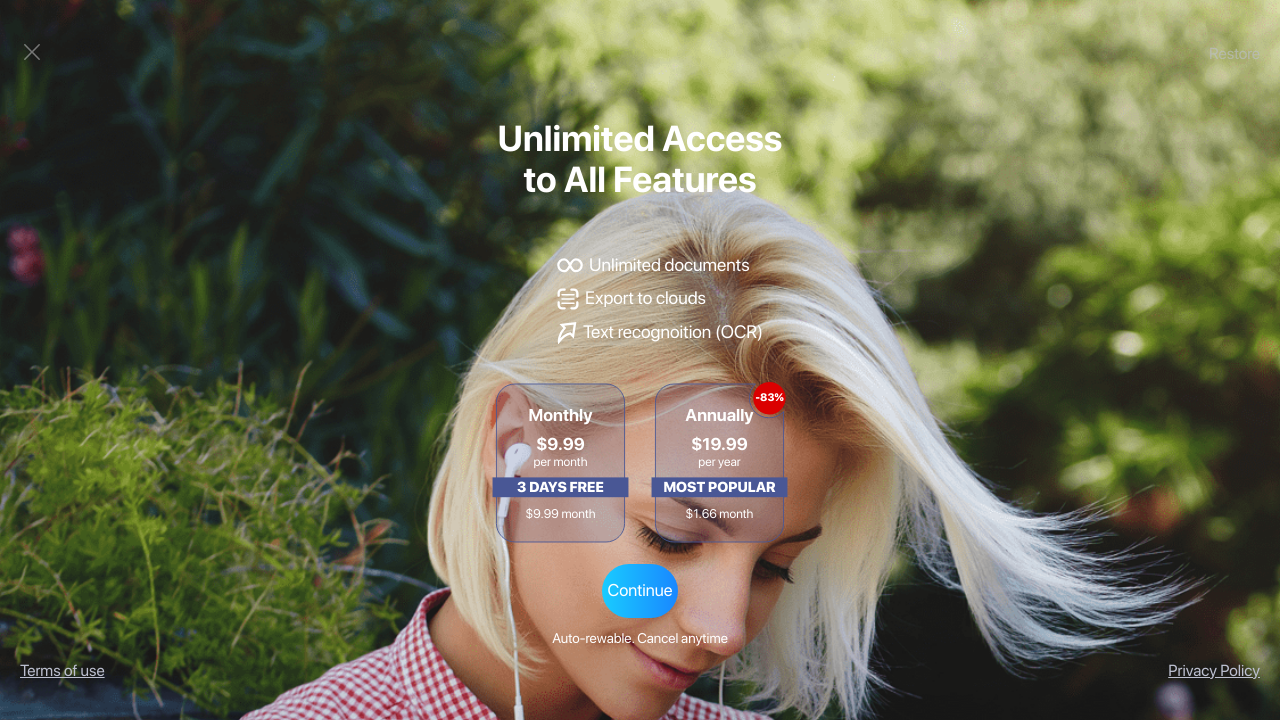
Repository: Ivan0195/bp-banner
Page: /
The author's editor kept a copy of each file at every save. The page is drawn from the files as they stood at one save, then again after a run of saves.
The browser window is 1280 px wide. The pictures show the whole page.
The project was rebuilt for these pictures with package versions that can differ from the ones it lists, and the page was loaded fresh each time. Also part of the build but not shown: webpack.config.js.

Above is the page before, as saved 2023-03-17 11:15:45.

### src/index.html
<!DOCTYPE html>
<html lang="en">

<head>
  <meta charset="UTF-8">
  <meta http-equiv="X-UA-Compatible" content="IE=edge">
  <meta name="viewport" content="width=device-width, initial-scale=1.0">
  <link rel="icon" href="img/favicon.png" type="image/png">
  <title>BP-mobile</title>
</head>

<body>


  <header>
    <a href="#"><img src="/src/img/close.svg" alt="close"></a>
    <a href="#" class="restore">Restore</a>
  </header>


  <main>

    <h1 class="titleText">Unlimited Access to All Features</h1>

    <ul>
      <li>
        <img src="/src/img/unlimitedDocs.svg"/>
        Unlimited documents
      </li>
      <li><img src="/src/img/noAds.svg" />Export to clouds</li>
      <li><img src="/src/img/export.svg" />Text recognoition (OCR)</li>
    </ul>

    <div class="subscriptionsBlock">

      <div id="month" class="subscriptionMonthlyBlock">
        <span class="title">Monthly</span>
        <div class="subscriptionPriceBlock">
          <span class="bigPrice">$9.99</span>
          <span class="smallText">per month</span>
        </div>
        <span class="promotionLine">3 days free</span>
        <span class="smallText">$9.99 month</span>
      </div>

      <div id="year" class="subscriptionAnnualyBlock">
        <div class="discountTag">-83%</div>
        <span class="title">Annually</span>
        <div class="subscriptionPriceBlock">
          <span class="bigPrice">$19.99</span>
          <span class="smallText">per year</span>
        </div>
        <span class="promotionLine">most popular</span>
        <span class="smallText">$1.66 month</span>
      </div>

    </div>

    <form id="button">
      <input type="submit" value="Continue" class="continueButton"/>
    </form>
      <span class="smallText">Auto-rewable. Cancel anytime</span>
  </main>


  <footer>
    <a href='#'>Terms of use</a>
    <a href='#'>Privacy Policy</a>
  </footer>


</body>
</html>

### src/index.js
import './index.html';
import './index.scss';

const month = document.getElementById('month');
const year = document.getElementById('year');
const button = document.getElementById('button');

const onElementSelect = (element, target, link) => {
    element.style.scale = 0.9;
    element.style.opacity = 0.5;
    target.style.scale = 1;
    target.style.opacity = 1;
    button.href = link;
}

month.onclick = () => onElementSelect(year, month, 'https://apple.com/');
year.onclick = () => onElementSelect(month, year, 'https://google.com/ ');

### src/style/_fonts.scss
@font-face {
  font-family: 'SFPro';
  src: url('../fonts/SFProDisplay-Regular.woff2') format('woff2'),
    url('../fonts/SFProDisplay-Regular.woff') format('woff');
}

@font-face {
  font-family: 'SFPro-Bold';
    src: url('../fonts/SFProDisplay-Bold.woff2') format('woff2'),
      url('../fonts/SFProDisplay-Bold.woff') format('woff');
  }

  @font-face {
    font-family: 'SFPro-Heavy';
    src: url('../fonts/SFProDisplay-Heavy.woff2') format('woff2'),
      url('../fonts/SFProDisplay-Heavy.woff') format('woff');
  }

### src/style/_var.scss
$textPrimary: #FFFFFF;
$textSecondary: #BDC0D0;
@mixin FlexCenter {
    display: flex;
    align-items: center;
    justify-content: center;
}

### src/style/_style.scss
body {
  font-family: 'SFPro';
  color: $textPrimary;
  background-image: url("/src/img/background-image.png");
  background-size: cover;
  padding: 40px 20px;
  display: flex;
  flex-direction: column;
  align-items: center;
  justify-content: space-between;
  box-sizing: border-box;
  height: 100vh;
}

header {
  @include FlexCenter;
  justify-content: space-between;
  width: 100%;
}

main {
  @include FlexCenter;
  flex-direction: column;
  justify-content: flex-end;
  height: 100%;
  row-gap: 12px;
  padding-bottom: 16px;
}

ul {
  list-style-type: none;
  font-size: 18px;
  display: flex;
  flex-direction: column;
  row-gap: 12px;
}

li {
  display: flex;
  column-gap: 6px;
}

footer {
  width: 100%;
  @include FlexCenter;
  justify-content: space-between;
  color: $textSecondary;
  text-decoration: underline;
}

a {
  text-decoration: none;
  color: $textSecondary;
}

a:visited {
  text-decoration: none;
  color: $textSecondary;
}

.restore {
opacity: 0.6;
}

.titleText {
  width: 286px;
  text-align: center;
  font-family: 'SFPro-Bold';
  font-size: 36px;
}

.subscriptionsBlock {
  @include FlexCenter;
  column-gap: 8px;
}

.subscriptionMonthlyBlock {
  @include FlexCenter;
  flex-direction: column;
  row-gap: 10px;
  background-image: url('/src/img/shape-1.svg');
  height: 178px;
  width: 151px;
  background-size: contain;
  background-repeat: no-repeat;
  background-position: top;
  scale: 0.9;
  transition: all .5s
}

.subscriptionAnnualyBlock {
  position: relative;
  @extend .subscriptionMonthlyBlock;
  background-image: url('/src/img/shape-2.svg');
}

.subscriptionPriceBlock {
  @include FlexCenter;
  flex-direction: column;
}

.title {
  font-family: 'SFPro-bold';
    font-size: 19px;
}

.bigPrice {
  font-family: 'SFPro-bold';
  font-size: 19px;
}

.promotionLine {
  @include FlexCenter;
  background-color: #495795;
  width: 100%;
  text-align: center;
  font-family: 'SFPro-Heavy';
  text-transform: uppercase;
  height: 22px;
}

.smallText {
  font-size: 14px
}

.discountTag {
  @include FlexCenter;
  height: 36px;
  width: 36px;
  border-radius: 50%;
  background-color: #DB0000;
  position: absolute;
  font-family: 'SFPro-Heavy';
  font-size: 12px;
  top: -1px;
  right: 2px;
}

.continueButton {
  @include FlexCenter;
  width: 100%;
  background: linear-gradient(270deg, #1987FF 0%, #19CCFF 100%);
  border: none;
  height: 54px;
  border-radius: 27px;
  font-family: 'SFPro';
  font-size: 17px;
  color: $textPrimary
}

Loaded but not shown: src/index.scss (common file)

After the next 3 saves:
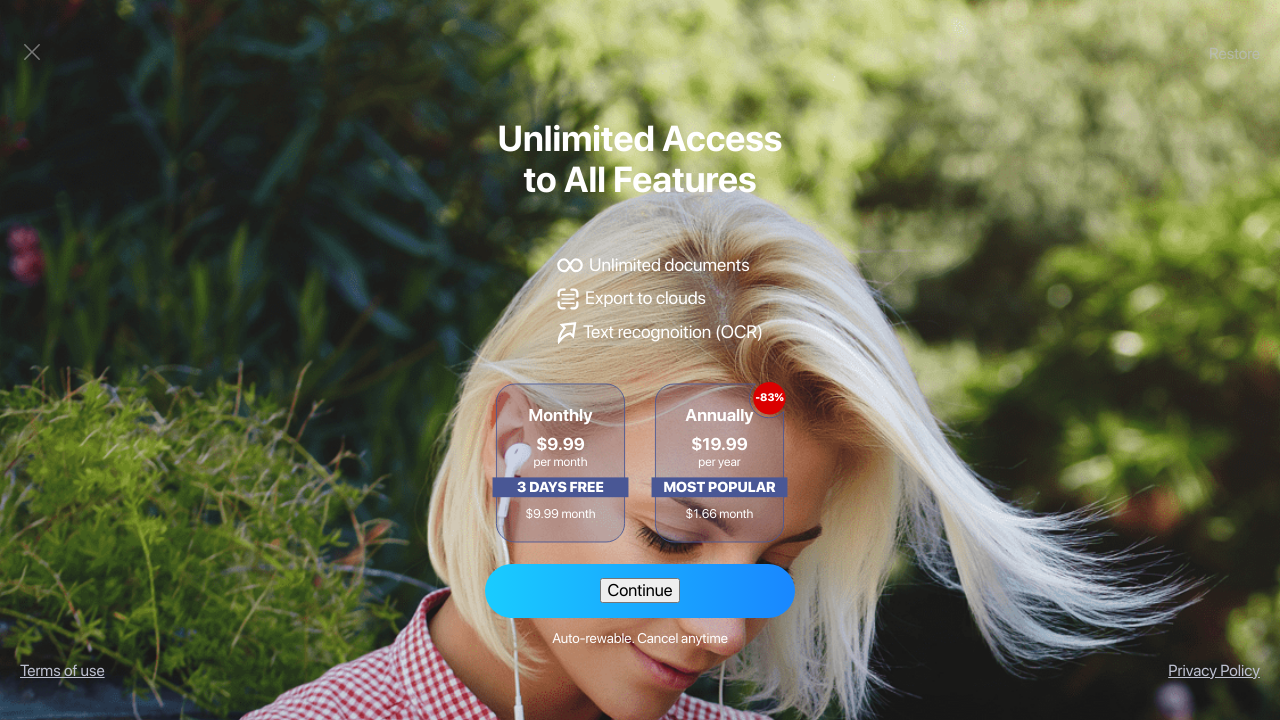
The 3 saves are shown as one change because they came seconds apart.
The last was saved 39 s later.
--- a/src/index.html
+++ b/src/index.html
@@ -56,8 +56,8 @@
 
     </div>
 
-    <form id="button">
-      <input type="submit" value="Continue" class="continueButton"/>
+    <form id="button" class="continueButton">
+      <input type="submit" value="Continue"/>
     </form>
       <span class="smallText">Auto-rewable. Cancel anytime</span>
   </main>
